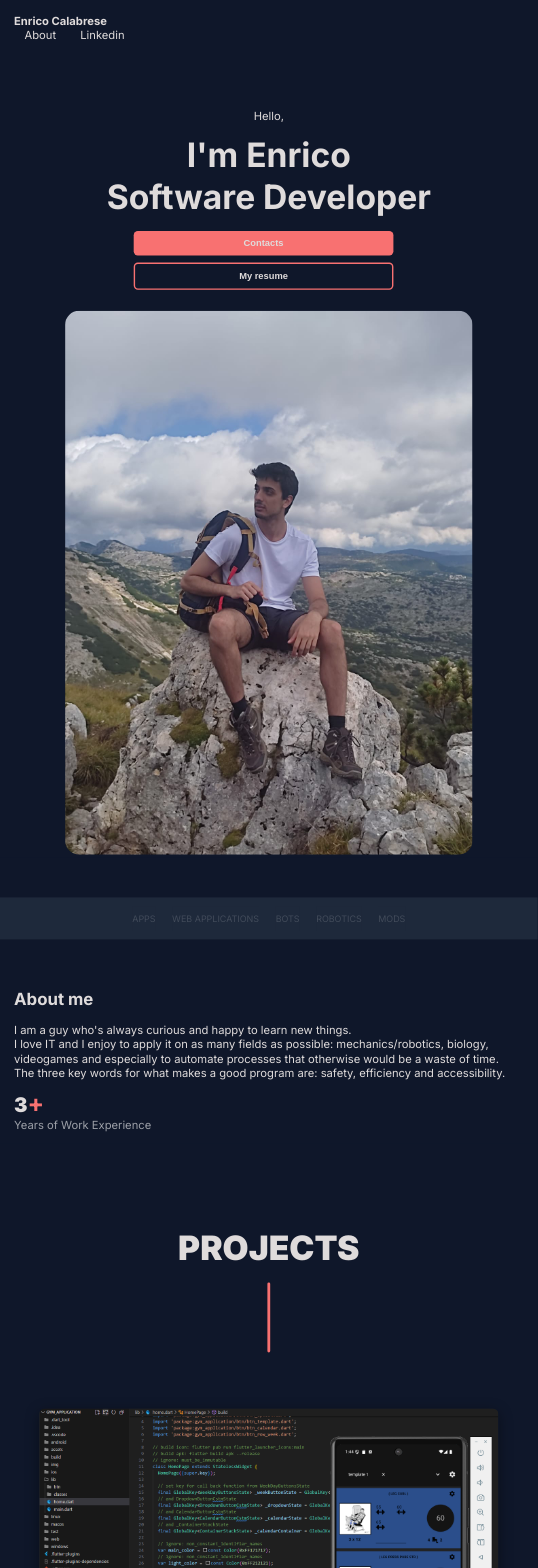
Repository: EnricoCalabrese/EnricoCalabrese.github.io
Page: index.html
These files come from the project's save history. The page is drawn as it stood at one moment and after the next save; the edit follows.
The browser window is 768 px wide. The pictures show the part of the page from y = 0 to 2240 px (the page is 6139 px tall before and 6119 px after), at 70% of full size.

Above is the page before, as saved 2025-07-26 09:17:57.

### index.html
<!DOCTYPE html>
<html lang="en">
<!DOCTYPE html>
<html lang="en">
<head>
  <meta charset="UTF-8" />
  <meta name="viewport" content="width=device-width, initial-scale=1.0" />
  <title>EC - Developer portfolio</title>
  <link href="https://fonts.googleapis.com/css2?family=Inter:wght@400;700;900&display=swap" rel="stylesheet">
  <style>
    * {
      box-sizing: border-box;
    }

    :root {
      --color-bg: #0f172a;
      --color-bg-alt: #1e293b;
      --color-primary: #f87171;
      --color-white: #dfdbdb;
      --color-white-transparent: rgba(255, 255, 255, 0.158);
      --color-white-semi: rgba(255, 255, 255, 0.589);

      --font-family: 'Inter', sans-serif;

      --space-xs: 10px;
      --space-sm: 15px;
      --space-md: 20px;
      --space-lg: 60px;
      --space-xl: 80px;

      --font-lg: 1.8rem;
      --font-xl: 3rem;
      --font-xxl: 35px;

      --radius-sm: 6px;
      --radius-md: 8px;
      --radius-lg: 20px;
    }

    body {
      margin: 0;
      font-family: var(--font-family);
      background-color: var(--color-bg);
      color: var(--color-white);
      word-wrap: break-word;
    }

    header, section {
      padding: var(--space-lg) var(--space-md);
      max-width: 1200px;
      margin: auto;
    }

    nav {
      display: flex;
      justify-content: space-between;
      align-items: center;
      padding: var(--space-md);
    }

    nav a {
      color: var(--color-white);
      margin: 0 var(--space-sm);
      text-decoration: none;
    }

    .header {
      display: flex;
      flex-wrap: wrap;
      align-items: center;
      justify-content: space-between;
    }

    .header-text {
      max-width: 500px;
    }

    .header-text h1 {
      font-size: var(--font-xl);
      margin: 0;
    }

    .buttons {
      margin-top: var(--space-md);
    }

    .buttons button {
      margin-right: var(--space-sm);
      padding: var(--space-xs) var(--space-md);
      border: none;
      border-radius: var(--radius-sm);
      cursor: pointer;
      font-weight: bold;
    }

    .btn-primary {
      background-color: var(--color-primary);
      color: var(--color-white);
    }

    .btn-primary:hover {
      color: var(--color-bg);
    }

    .btn-secondary {
      background-color: transparent;
      border: 2px solid var(--color-primary) !important;
      color: var(--color-white);
    }

    .btn-secondary:hover {
      color: var(--color-primary);
    }

    .page {
      display: none;
      position: fixed;
      z-index: 1000;
      left: 0;
      top: 0;
      width: 100%;
      height: 100%;
      overflow: auto;
      background-color: rgba(15, 23, 42, 0.9);
      font-family: var(--font-family);
    }

    .page-content {
      background-color: var(--color-bg-alt);
      margin: 10% auto;
      padding: var(--space-md);
      border-radius: var(--radius-lg);
      max-width: 400px;
      color: var(--color-white);
      box-shadow: 0 5px 20px rgba(0,0,0,0.6);
      text-align: center;
      position: relative;
    }

    .close-btn {
      color: var(--color-white);
      position: absolute;
      right: 15px;
      top: 10px;
      font-size: 28px;
      font-weight: bold;
      cursor: pointer;
    }

    .close-btn:hover {
      color: var(--color-primary);
    }

    .email-wrapper {
      margin-top: var(--space-md);
      display: flex;
      justify-content: center;
      gap: var(--space-xs);
    }

    .email-wrapper input {
      flex: 1;
      padding: var(--space-xs);
      border-radius: var(--radius-sm);
      border: none;
      background-color: var(--color-bg);
      color: var(--color-white);
      font-weight: bold;
      font-size: 1rem;
    }

    .email-wrapper button {
      background-color: var(--color-primary);
      border: none;
      border-radius: var(--radius-sm);
      color: var(--color-bg);
      cursor: pointer;
      font-weight: bold;
      padding: var(--space-xs) var(--space-md);
      transition: background-color 0.3s ease;
    }

    .email-wrapper button:hover {
      background-color: #ef4444;
    }

    .profile-img {
      width: 300px;
      border-radius: var(--radius-lg);
    }

    .skills-wrapper {
      position: relative;
      padding: var(--space-lg) 0;
      background-color: var(--color-bg);
      margin-top: -3.5rem;
    }

    .skills-wrapper::before {
      content: "";
      position: absolute;
      top: 50%;
      width: 100%;
      height: 60px;
      background-color: var(--color-bg-alt);
      transform: translateY(-50%);
      z-index: 0;
    }

    .skills {
      position: relative;
      z-index: 1;
      text-align: center;
    }

    .skills a {
      text-decoration: none;
      color: var(--color-white-transparent);
      background-color: var(--color-bg-alt);
      padding: var(--space-xs) 5%;
      display: inline-block;
      margin: var(--space-xs);
      cursor: pointer;
      transition: color 0.3s ease;
    }

    .skills a:hover, .shortcuts a:hover {
      color: var(--color-primary);
    }

    .about {
      display: flex;
      flex-wrap: wrap;
      justify-content: space-between;
      align-items: center;
      padding: 0 var(--space-md);
      background-color: var(--color-bg);
      margin-top: -1%;
    }

    .about-text {
      flex: 0 0 50%;
      max-width: 600px;
    }

    .stat {
      flex: 0 0 50%;
    }

    .stat-number {
      font-size: var(--font-lg);
      font-weight: 900;
      color: var(--color-white);
      display: flex;
      align-items: baseline;
    }

    .stat-number .plus {
      color: var(--color-primary);
      font-size: var(--font-xxl);
      font-weight: 700;
      line-height: 1;
      margin-top: -2%;
    }

    .stat-text {
      color: var(--color-white-semi);
      margin-top: 2px;
    }

    .projects-section {
      padding: var(--space-xl) var(--space-md);
      text-align: center;
      position: relative;
    }

    .projects-title {
      font-size: var(--font-xl);
      color: var(--color-white);
      margin-bottom: var(--space-md);
      font-weight: 900;
    }

    .vertical-divider {
      width: 4px;
      height: 100px;
      background-color: var(--color-primary);
      margin: 0 auto var(--space-xl);
      border-radius: 2px;
    }

    .project-block {
      display: flex;
      align-items: center;
      justify-content: center;
      margin: var(--space-xl) auto;
      max-width: 900px;
      gap: var(--space-md);
      flex-wrap: wrap;
      flex-direction: row;
    }

    .project-img {
      width: 300px;
      border-radius: var(--radius-md);
      box-shadow: 0 5px 20px rgba(0,0,0,0.4);
    }

    .project-description {
      max-width: 400px;
      text-align: left;
    }

    .project-description h3 {
      font-size: var(--font-lg);
      color: var(--color-white);
      margin: 0 0 var(--space-xs);
    }

    .project-description p {
      color: var(--color-white-semi);
      line-height: 1.6;
    }

    .simple-text {
      line-height: 1.3;
    }

    footer {
      text-align: center;
      padding: var(--space-md);
      background-color: var(--color-bg-alt);
    }

    #image-container {
      display: block;
      position: fixed;
      z-index: 1500;
      left: 0;
      top: 0;
      width: 100%;
      height: 100%;
      background-color: rgba(15, 23, 42, 0.95);
      display: flex;
      justify-content: center;
      align-items: center;
      cursor: zoom-out;
    }

    #image-container .page-content {
      background: none;
      box-shadow: none;
      max-width: 90%;
      max-height: 90%;
      padding: 0;
      position: relative;
      display: flex;
      justify-content: center;
      align-items: center;
    }

    #image-container img {
      max-width: 100%;
      max-height: 100%;
      border-radius: var(--radius-lg);
      pointer-events: none;
    }

    #ref {
      display: block;
      position: relative;
      top: -80px;
      visibility: hidden;
      height: 0;
      width: 0;
      overflow: hidden;
    }

    /* mobile settings */
    @media (max-width: 768px) {
      nav {
        flex-direction: column;
        align-items: flex-start;
      }

      .header {
        flex-direction: column;
        align-items: center;
        text-align: center;
      }

      .header-text {
        max-width: 100%;
      }

      .buttons {
        display: flex;
        flex-direction: column;
        align-items: center;
      }

      .buttons button {
        margin-bottom: var(--space-xs);
        width: 80%;
      }

      .profile-img {
        width: 80%;
        margin-top: var(--space-md);
      }

      .about {
        flex-direction: column;
        align-items: flex-start;
        gap: var(--space-md);
      }

      .about-text, .stat {
        flex: 1 1 100%;
        max-width: 100%;
      }

      .project-block {
        flex-direction: column !important;
        text-align: center;
      }

      .project-description {
        max-width: 100%;
      }

      .project-img {
        width: 90%;
      }

      .email-wrapper {
        flex-direction: column;
        gap: var(--space-xs);
      }

      .email-wrapper input,
      .email-wrapper button {
        width: 100%;
      }

      .skills {
        position: relative;
        z-index: 1;
        text-align: center;
        font-size: 80%;
      }

      .skills a {
        text-decoration: none;
        color: var(--color-white-transparent);
        background-color: var(--color-bg-alt);
        padding: var(--space-xs) 0;
        display: inline-block;
        cursor: pointer;
        transition: color 0.3s ease;
      }
    }
  </style>
</head>
<body>
  <nav>
    <div><strong>Enrico Calabrese</strong></div>
    <div class="shortcuts">
      <a href="#about" class="scroll-link">About</a>
      <a href="https://www.linkedin.com/in/enrico-calabrese-4961b4376/">Linkedin</a>
    </div>
  </nav>

  <header class="header">
    <div class="header-text">
      <p>Hello,</p>
      <h1>I'm Enrico<br><strong>Software Developer</strong></h1>
      <div class="buttons">
        <button class="btn-primary" id="contacts">Contacts</button>
        <button class="btn-secondary" id="myresume">My resume</button>
      </div>
    </div>
    <img src="source/profile.jpg" alt="photo" class="profile-img" onerror="this.style.display='none'">
  </header>

  <div id="contact-page" class="page">
    <div class="page-content">
      <span class="close-btn">&times;</span>
      <h2>Contact Me</h2>
      <p>Email:</p>
      <div class="email-wrapper">
        <input type="text" id="email" readonly value="enricocalabrese21@gmail.com" />
        <button id="copy-email">Copy</button>
      </div>
      <p id="copy-message" style="color: var(--color-primary); display: none;">Copied to clipboard!</p>
    </div>
  </div>

  <div class="skills-wrapper">
    <div class="skills">
      <a href="#app" class="scroll-link">APPS</a>
      <a href="#web" class="scroll-link">WEB APPLICATIONS</a>
      <a href="#bots" class="scroll-link">BOTS</a>
      <a href="#robots" class="scroll-link">ROBOTICS</a>
      <a href="#mods" class="scroll-link">MODS</a>
    </div>
  </div>
  <span id="ref"></span>

  <section id="about" class="about">
    <div class="about-text">
      <h2>About me</h2>
      <p class="simple-text">
        I am a guy who's always curious and happy to learn new things.<br>
        I love IT and I enjoy to apply it on as many fields as possible: mechanics/robotics, biology, videogames and especially to automate processes that otherwise would be a waste of time.<br>
        The three key words for what makes a good program are: safety, efficiency and accessibility.
      </p>
      <div class="stat">
        <div class="stat-number"><span class="plus">+</span></div>
        <p class="stat-text">Years of Work Experience</p>
      </div>
    </div>
  </section>

  <section class="projects-section">
    <h2 class="projects-title">PROJECTS</h2>
    <div class="vertical-divider"></div>

    <div class="project-block">
      <img src="source/project1.png" alt="Project 1" class="project-img" onerror="this.style.display='none'">
      <div class="project-description" id="app">
        <h3>APP MOBILE</h3>
        <p>In my daily life, I train regularly, and I've always had hard time with the apps available on the PlayStore.
          So, I decided to use my knowledge of Dart along with Flutter to develop my own Android app, allowing me to train more easily and comfortably.
            Dart is a programming language developed by Google for Android apps, and it's a valid alternative to C#, which can also be used in Android Studio
            and with which I've had the opportunity to work, for home-made projects, a few times.</p>
      </div>
    </div>
    <div class="vertical-divider"></div>

    <div class="project-block">
      <div class="project-description" id="web">
        <h3>WEB APPLICATIONS</h3>
        <p>The image on the side shows an example of an application I built using HTML, JavaScript, and CSS, all of which I learned on my own.
          It's a Chrome extension that I developed to make and receive API calls in order to compile a specific module directly from the browser on a website.
          It retrieves information from the current web page and uses it to populate the necessary fields for the module.</p>
      </div>
      <img src="source/project2.png" alt="Project 2" class="project-img" onerror="this.style.display='none'">
    </div>
    <div class="vertical-divider"></div>

    <div class="project-block">
      <img src="source/project3.png" alt="Project 3" class="project-img" onerror="this.style.display='none'">
      <div class="project-description" id="bots">
        <h3>PYTHON-BASED BOTS</h3>
        <p>Python is one of the best and most versatile programming languages available today, and it's excellent for creating bots.
          The image on the side shows a Discord bot I created. Discord is a free communication app used to chat and hang out with your favorite creators, communities, and friends.
            The bot I made to allows users, through simple commands in the chat, to play the game "Blood on the Clocktower" with others in a voice channel.
            This game is a more complex version of the famous game Werewolf (Italian: Lupus in Fabula).
            Using Python, I also created a Telegram bot in order to remotely manage a machine that I set up as a hosting server.
        </p>
      </div>
    </div>
    <div class="vertical-divider"></div>

    <div class="project-block">
      <div class="project-description" id="robots">
        <h3>ROBOTICS & AUTOMATION</h3>
        <p>Since high school, I've always had an interest in automation, and I find it super fun to animate robots and apply computer science to something that can moves.
          A few years ago, I took on the challenge of building a drone from scratch and programming it in C++. I developed calculation functions which, thanks to the input from various sensors,
          were able to determine the necessary speed for each individual motor to stabilize the drone through the appropriate output signals.
        </p>
      </div>
      <img src="source/project4.png" alt="Project 4" class="project-img" onerror="this.style.display='none'">
    </div>
    <div class="vertical-divider"></div>

    <div class="project-block">
      <img src="source/project5.png" alt="Project 5" class="project-img" onerror="this.style.display='none'">
      <div class="project-description" id="mods">
        <h3>VIDEOGAMES MODS</h3>
        <p>Programming a video game mod is a great way to develop both technical and creative skills. It allows you to improve your coding abilities, and understand the architecture of complex systems.
            Modding combines passion and practice, which is why I started programming, first with Java and later with .mcfunction, to create mods and datapacks for the game Minecraft.
        </p>
      </div>
    </div>
  </section>

  <div id="image-container" class="page">
    <div class="page-content">
      <img id="zoomed-img" src="" alt="zoomed" />
    </div>
  </div>

  <footer>
  </footer>

  <script>
    // manage image zoom
    const zoomed = document.getElementById('image-container');
    document.querySelectorAll('.project-img').forEach(img => {
      img.addEventListener('click', () => {
        document.getElementById('zoomed-img').src = img.src;
        zoomed.style.display = 'flex';
      });
    });

    zoomed.addEventListener('click', (e) => { // on click out of the page
      if (e.target === zoomed) {
        zoomed.style.display = 'none';
      }
    });

    window.onload = () => {
      zoomed.style.display = 'none';
    };

    // manage new window contacts
    const page = document.getElementById('contact-page');
    const emailInput = document.getElementById('email');
    const copyMessage = document.getElementById('copy-message');

    document.getElementById('contacts').addEventListener('click', () => {
      page.style.display = 'block';
      copyMessage.style.display = 'none';
    });

    page.querySelector('.close-btn').addEventListener('click', () => {
      page.style.display = 'none';
    });

    window.addEventListener('click', (e) => { // on click out of the page
      if (e.target === page) {
        page.style.display = 'none';
      }
    });

    document.getElementById('copy-email').addEventListener('click', () => {
      emailInput.select();
      emailInput.setSelectionRange(0, 99999);
      try {
        // use document.execCommand for broader browser support in iFrames
        const successful = document.execCommand('copy');
        if (successful) {
          copyMessage.style.display = 'block';
          setTimeout(() => copyMessage.style.display = 'none', 2000);
        }
      } catch (err) {
        console.error('Failed to copy email: ', err);
      }
    });

    // auto scroll the page to the top when open
    window.onbeforeunload = function () {
      window.scrollTo(0, 0);
    };

    // scroll page on center when click a link, normal href set the page on top
    document.querySelectorAll('.scroll-link').forEach(link => {
      link.addEventListener('click', function(e) {
        e.preventDefault();
        const targetId = this.getAttribute('href').substring(1);
        const targetElem = document.getElementById(targetId);
        if (targetElem) {
          const elemRect = targetElem.getBoundingClientRect();
          const maxElemTop = window.pageYOffset + elemRect.top;
          const middle = maxElemTop - (window.innerHeight / 2) + (elemRect.height / 2);

          window.scrollTo({
            top: middle,
            behavior: 'smooth'
          });
        }
      });
    });

    // setup experience years based on current year
    const statNum = document.querySelector('.stat-number');
    if (statNum) {
      const startDate = new Date('2021-09-27');
      const now = new Date();
      const diffYears = (now - startDate) / (1000 * 60 * 60 * 24 * 365.25);
      const roundedYears = Math.floor(diffYears);
      statNum.innerHTML = `${roundedYears}<span class="plus">+</span>`;
    }

    // link to resume when click "my resume" button
    document.getElementById('myresume').addEventListener('click', function () {
      const link = document.createElement('a');
      link.href = 'source/resume.pdf';
      link.download = 'Enrico-Calabrese-Resume.pdf';
      document.body.appendChild(link);
      link.click();
      document.body.removeChild(link);
    });
  </script>
</body>
</html>

After the next save:
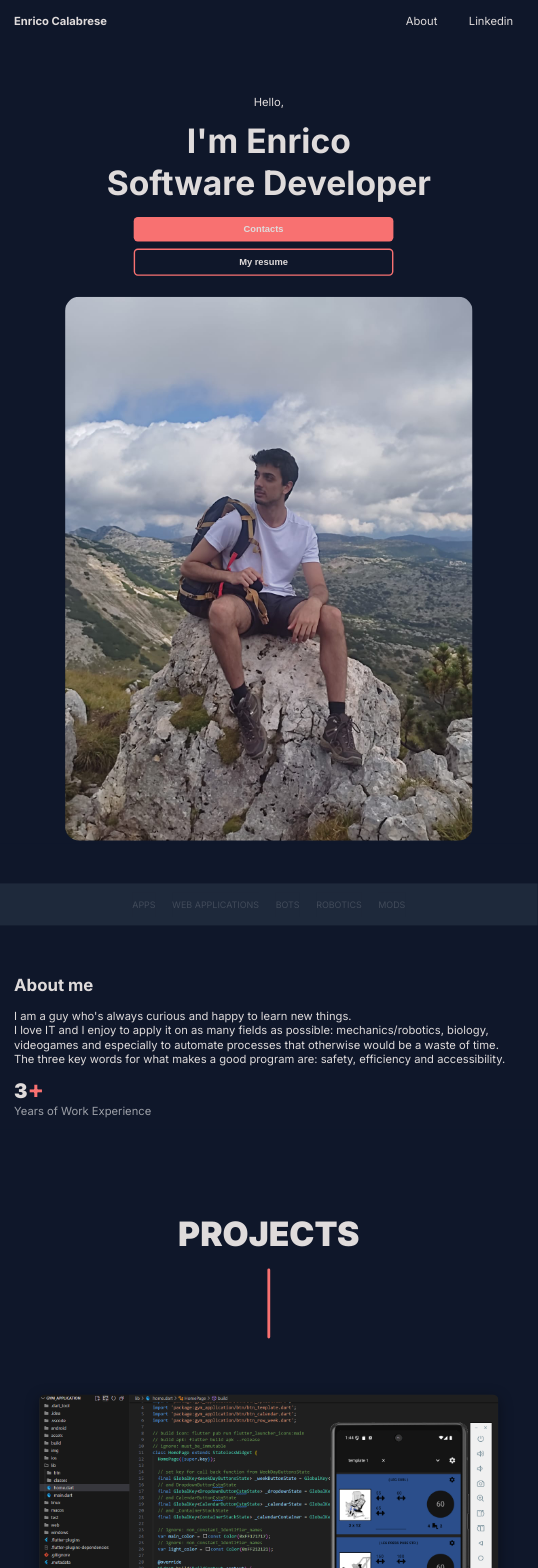
Saved 3 min 50 s later.
--- a/index.html
+++ b/index.html
@@ -379,10 +379,17 @@
     /* mobile settings */
     @media (max-width: 768px) {
       nav {
-        flex-direction: column;
-        align-items: flex-start;
-      }
-
+        flex-wrap: wrap;
+        gap: var(--space-sm);
+        justify-content: space-between;
+      }
+
+      .shortcuts {
+        display: flex;
+        flex-wrap: wrap;
+        gap: var(--space-sm);
+        justify-content: flex-end;
+      }
       .header {
         flex-direction: column;
         align-items: center;
